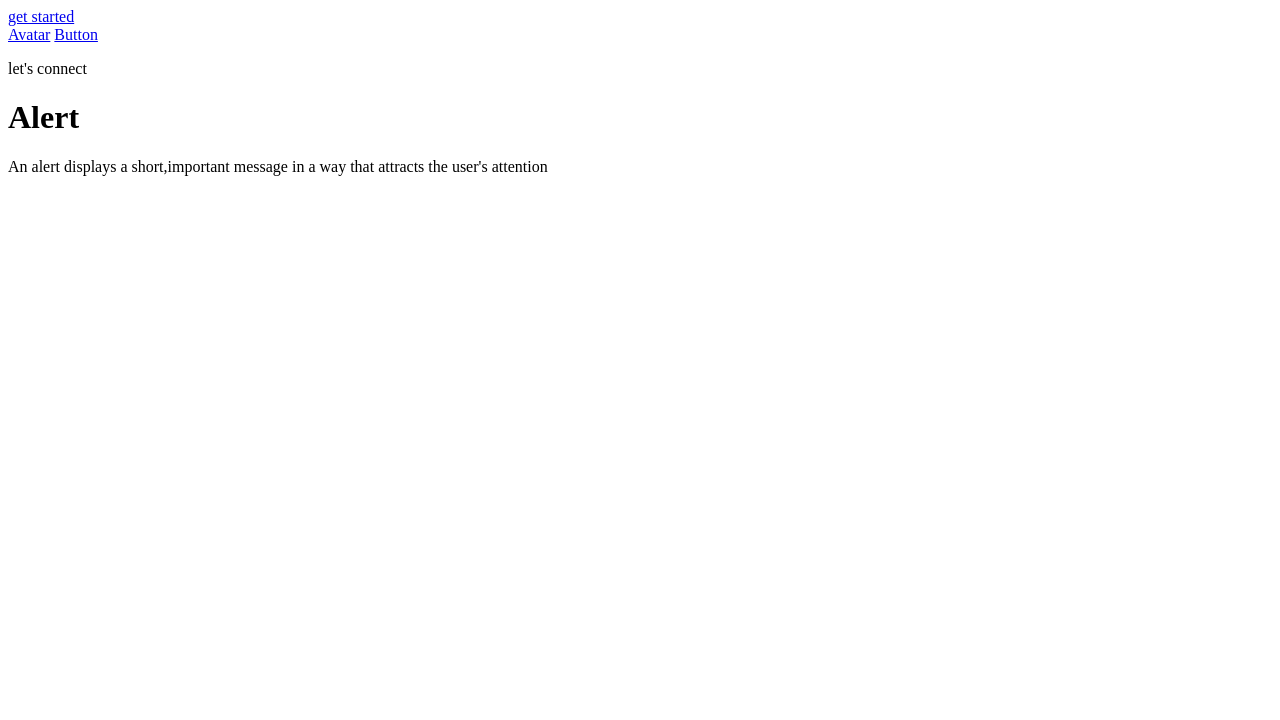
Repository: Anasooya2601/Components_UI
Page: components/Alert/Alert.html
These files come from the project's save history. The page is drawn as it stood at one moment and after the next save; the edit follows.
The browser window is 1280 px wide. The pictures show the whole page.

Above is the page before, as saved 2022-02-12 01:13:52.
Not found: components/Alert/comp.css

### components/Alert/Alert.html
<!DOCTYPE html>
<html lang="en">
<head>
    <meta charset="UTF-8">
    <meta http-equiv="X-UA-Compatible" content="IE=edge">
    <meta name="viewport" content="width=device-width, initial-scale=1.0">
    <title>Alert</title>
    <link rel="stylesheet" href="./comp.css">
</head>
<body><!-- main -->
    <div class="main-container">
        <div class="navbar-wrapper">

            <div class="nav">
                <div class="navbar-header">
                <div class="logo">
                    <a href="/index.html"></a>
                 </div>
                </div>
            </div>

        <!-- topics -->
        <a href="/main/main.html" class="text">get started</a>
        <div class="navbar-main">
            <a href="/components/Avatar/index.html">Avatar</a>
            <a href="/components/Button/button.html">Button</a>
        </div>
        <!-- footer -->
        <div class="footer">
            <div class="footer-text">
                <p>let's connect</p>
            </div>
        </div>
        </div>
    </div>
    <div class="main">
        <div class="main-header">
            <div>
                <h1 class="main-header-text">Alert</h1>
            </div>
            <p>An alert displays a short,important message in a way that attracts the user's attention</p>
        </div>
    </div>
    <div class="main-content">

    </div>
</body>
</html>

### components/comp.css
@import "./Alert/alert.css";
@import"./Avatar/index.css";
@import"./Button/button.css";
@import"./main/main.css";
@import"./";
@import"./";
@import"./";
@import"";
@import"";

### components/Button/button.css
@import url('https://fonts.googleapis.com/css2?family=Montserrat:ital@1&family=Roboto:ital,wght@0,400;1,300&family=Space+Grotesk:wght@700&display=swap');
.main-text{
    margin: 2rem 0;
}

.btn-container{
display: flex;
flex-wrap: wrap;
margin-top: 1.5rem;
gap: 1rem;
align-items: center;


}

.btn {
border:none;
background-color: none;
outline: none;
padding: 0.5rem 1rem;
border: 5px;
border-radius: 5px;
font-size: 1.1rem;
cursor: pointer;
color: #0e9aeb;
font-family: 'Gill Sans', 'Gill Sans MT', Calibri, 'Trebuchet MS', sans-serif;
}

.primary{
    background-color:#fbbf24 ;

}
.secondary{
    background-color: #fca5a5;
}
.danger{
    background-color: #bef264;
}
.success{
    background-color: #0369a1;
}
.warning{
    background-color: #ded48f;
}

/* outlined-button */
.outlined-sub{
    margin-top: 1.5rem;
}
.outlined-btn{
border-radius: 8px;
font-size: 1.1rem;
letter-spacing: 1px;
color:#0369a1;
background-color: white;
cursor: pointer;
padding: 0.5rem;
gap: 1rem;
}
.outlined-primary{
    border: 0.5px solid #0369a1;
}
.outlined-secondary{
    border: 0.5px solid #0369a1;
}
.outlined-warning{
    border: 0.5px solid #0369a1;
}
.outlined-attention{
    border: 0.5px solid #0369a1;
}
.btn-icon{
background-color: white;
cursor: pointer;
}
/* icon-btn */


/* floating-btn */
.btn-float{
    color: white;
    background-color: #0e9aeb;
    padding: 0.6rem 1rem;
    box-shadow: #ded48f 0px 8px 16px;
}

### main/main.css
@import url('https://fonts.googleapis.com/css2?family=Montserrat&display=swap');
*{
    margin: 0;
    padding: 0;
    box-sizing: border-box;
}

body{
    letter-spacing: 1px;
}

/* color variable */
:root{
    font-family: 'Montserrat', sans-serif;
    font-weight: 400;
    --main-color:#fca5a5;
    --green:#86efac;
}

/* logo */
.logo{
    display: flex;
    justify-content: center;
}

.logo a{
    color: var(--main-color);
    font-size: 2.5rem;
    display: flex;
    align-items: flex-end;
}




.main-container{
    display: flex;
}

.text{
    font-size: 1.5rem;
    margin: 1.5rem;
    font-weight: bold;
}
/* navbar */
.navbar-wrapper{
    width: 10%;
    height: 100vh;
    font-size: 1rem;
    flex-direction: column;
    overflow-y: scroll;
display: flex;
flex-shrink: 0;
background-color: var(--green);
}
.nav{
    display: flex;
    flex-direction: column;
}
.navbar-main{
    display: flex;
    flex-direction: column;
}
.navbar-main a{
  border-radius: 40px;
  padding: 1rem 0rem 1rem 0rem;
  letter-spacing: 1px;
  transition: 0.3s all ease-in-out;
  text-decoration: none;
}
.navbar-header{
    border-bottom: var(--main-color);
    padding: 1rem;
}

Loaded but not shown: components/Alert/Alert.css (no stored copy; drawn as an empty file)

After the next save:
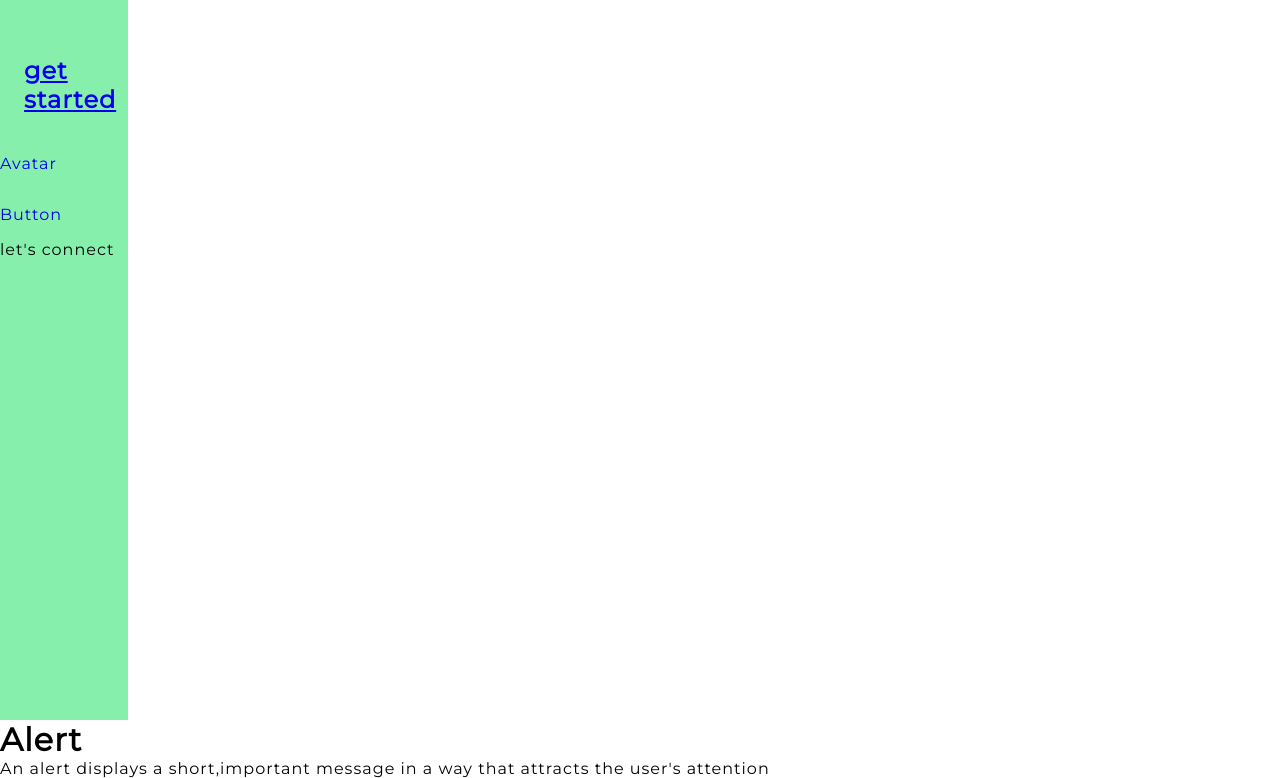
Not found: components/
Not found: components/Avatar/index.css
Saved 46 s later.
--- a/components/Alert/Alert.html
+++ b/components/Alert/Alert.html
@@ -5,7 +5,7 @@
     <meta http-equiv="X-UA-Compatible" content="IE=edge">
     <meta name="viewport" content="width=device-width, initial-scale=1.0">
     <title>Alert</title>
-    <link rel="stylesheet" href="./comp.css">
+    <link rel="stylesheet" href="../comp.css">
 </head>
 <body><!-- main -->
     <div class="main-container">
